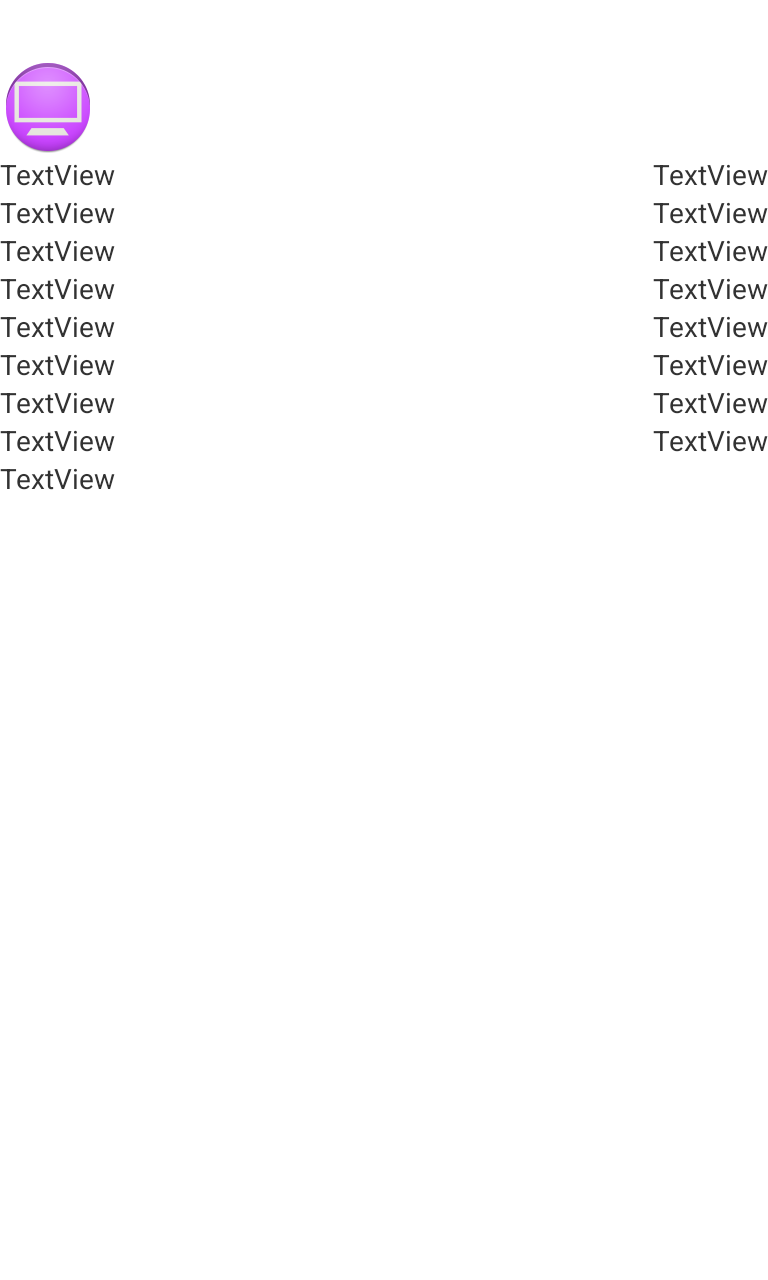
Repository: laurenelder/Java2_Elder
Layout: MovieLookup/res/layout/detail_layout.xml
The author's editor kept a copy of each file at every save. The layout is drawn from the files as they stood at one save, then again after the next save.
It is drawn on a 768 x 1280 px phone screen (xhdpi) without system bars, with theme AppTheme; the app's code is not run.

Above is the layout before, as saved 2014-07-16 18:25:06.

### MovieLookup/res/layout/detail_layout.xml
<?xml version="1.0" encoding="utf-8"?>
<LinearLayout xmlns:android="http://schemas.android.com/apk/res/android"
    android:layout_width="match_parent"
    android:layout_height="match_parent"
    android:orientation="vertical" >

    <TextView
        android:id="@+id/movieTitle"
        android:layout_width="wrap_content"
        android:layout_height="wrap_content"
        android:text=""
        android:textAppearance="?android:attr/textAppearanceLarge" />

    <ImageView
        android:id="@+id/movieImage"
        android:layout_width="wrap_content"
        android:layout_height="wrap_content"
        android:src="@drawable/ic_launcher" />

    <RelativeLayout
        android:layout_width="match_parent"
        android:layout_height="wrap_content" >

        <TextView
            android:id="@+id/textView2"
            android:layout_width="wrap_content"
            android:layout_height="wrap_content"
            android:layout_alignParentLeft="true"
            android:layout_alignParentTop="true"
            android:text="TextView" />

        <TextView
            android:id="@+id/textView3"
            android:layout_width="wrap_content"
            android:layout_height="wrap_content"
            android:layout_alignParentRight="true"
            android:layout_alignParentTop="true"
            android:text="TextView" />

    </RelativeLayout>

    <RelativeLayout
        android:layout_width="match_parent"
        android:layout_height="wrap_content" >

        <TextView
            android:id="@+id/textView4"
            android:layout_width="wrap_content"
            android:layout_height="wrap_content"
            android:layout_alignParentLeft="true"
            android:layout_alignParentTop="true"
            android:text="TextView" />

        <TextView
            android:id="@+id/textView5"
            android:layout_width="wrap_content"
            android:layout_height="wrap_content"
            android:layout_alignParentRight="true"
            android:layout_alignParentTop="true"
            android:text="TextView" />

    </RelativeLayout>

    <RelativeLayout
        android:layout_width="match_parent"
        android:layout_height="wrap_content" >

        <TextView
            android:id="@+id/textView6"
            android:layout_width="wrap_content"
            android:layout_height="wrap_content"
            android:layout_alignParentLeft="true"
            android:layout_alignParentTop="true"
            android:text="TextView" />

        <TextView
            android:id="@+id/textView7"
            android:layout_width="wrap_content"
            android:layout_height="wrap_content"
            android:layout_alignParentRight="true"
            android:layout_alignParentTop="true"
            android:text="TextView" />

    </RelativeLayout>

    <RelativeLayout
        android:layout_width="match_parent"
        android:layout_height="wrap_content" >

        <TextView
            android:id="@+id/textView8"
            android:layout_width="wrap_content"
            android:layout_height="wrap_content"
            android:layout_alignParentLeft="true"
            android:layout_alignParentTop="true"
            android:text="TextView" />

        <TextView
            android:id="@+id/textView9"
            android:layout_width="wrap_content"
            android:layout_height="wrap_content"
            android:layout_alignParentRight="true"
            android:layout_alignParentTop="true"
            android:text="TextView" />

    </RelativeLayout>

    <RelativeLayout
        android:layout_width="match_parent"
        android:layout_height="wrap_content" >

        <TextView
            android:id="@+id/textView10"
            android:layout_width="wrap_content"
            android:layout_height="wrap_content"
            android:layout_alignParentLeft="true"
            android:layout_alignParentTop="true"
            android:text="TextView" />

        <TextView
            android:id="@+id/textView11"
            android:layout_width="wrap_content"
            android:layout_height="wrap_content"
            android:layout_alignParentRight="true"
            android:layout_alignParentTop="true"
            android:text="TextView" />

    </RelativeLayout>

    <RelativeLayout
        android:layout_width="match_parent"
        android:layout_height="wrap_content" >

        <TextView
            android:id="@+id/textView12"
            android:layout_width="wrap_content"
            android:layout_height="wrap_content"
            android:layout_alignParentLeft="true"
            android:layout_alignParentTop="true"
            android:text="TextView" />

        <TextView
            android:id="@+id/textView13"
            android:layout_width="wrap_content"
            android:layout_height="wrap_content"
            android:layout_alignParentRight="true"
            android:layout_alignParentTop="true"
            android:text="TextView" />

    </RelativeLayout>

    <RelativeLayout
        android:layout_width="match_parent"
        android:layout_height="wrap_content" >

        <TextView
            android:id="@+id/textView14"
            android:layout_width="wrap_content"
            android:layout_height="wrap_content"
            android:layout_alignParentLeft="true"
            android:layout_alignParentTop="true"
            android:text="TextView" />

        <TextView
            android:id="@+id/textView15"
            android:layout_width="wrap_content"
            android:layout_height="wrap_content"
            android:layout_alignParentRight="true"
            android:layout_alignParentTop="true"
            android:text="TextView" />

    </RelativeLayout>

    <RelativeLayout
        android:layout_width="match_parent"
        android:layout_height="wrap_content" >

        <TextView
            android:id="@+id/textView16"
            android:layout_width="wrap_content"
            android:layout_height="wrap_content"
            android:layout_alignParentLeft="true"
            android:layout_alignParentTop="true"
            android:text="TextView" />

        <TextView
            android:id="@+id/textView17"
            android:layout_width="wrap_content"
            android:layout_height="wrap_content"
            android:layout_alignParentRight="true"
            android:layout_alignParentTop="true"
            android:text="TextView" />

    </RelativeLayout>

    <TextView
        android:id="@+id/textView18"
        android:layout_width="wrap_content"
        android:layout_height="wrap_content"
        android:text="TextView" />

</LinearLayout>

### MovieLookup/res/values/strings.xml
<?xml version="1.0" encoding="utf-8"?>

<!-- MovieLookup -->
<!-- com.laurenelder.movielookup -->
<!-- Devin "Lauren" Elder -->
<!-- Jul 9, 2014 -->
<!-- Java 2 Term 1407 -->

<resources>

    <string name="app_name">Movie Lookup</string>
    <string name="hello_world">Hello world!</string>
    <string name="action_settings">Settings</string>
    <string name="title_text">Search to find all the information on your favorite movies!</string>
    <string name="button_text">Find!</string>
    <string name="search_hint">Star Trek</string>
    <string name="main_api">http://www.omdbapi.com/?s=Star%20Trek_r=JSON</string>
    <string name="pre_detail_api">http://www.omdbapi.com/?i=</string>
    <string name="post_detail_api">_r=JSON</string>
    <string name="input_notification">Please enter a movie you would like to search for.</string>
    <string name="connection_notification">Connection Error: Please check to make sure you have an internet connection.</string>
    <string name="searching_notification">We are searching for your movie</string>
    <string name="details_notification">We are finding the details for your movie</string>
    <string name="file_name">apiJSONdata.txt</string>
    <string name="detail_file_name">.txt</string>
    <string name="n_a">Not Applicable</string>
    <string name="year_str">Year:</string>
    <string name="rated_str">Rated:</string>
    <string name="released_str">Date Released:</string>
    <string name="runtime_str">Runtime:</string>
    <string name="genre_str">Genre:</string>
    <string name="director_str">Director:</string>
    <string name="actor_str">Actors:</string>
    <string name="awards_str">Awards:</string>
    <string name="score_str">Metacritic Score:</string>

</resources>

Loaded but not shown: MovieLookup/res/values/styles.xml (common file); MovieLookup/res/values-v11/styles.xml (common file); MovieLookup/res/values-v14/styles.xml (common file)

After the next save:
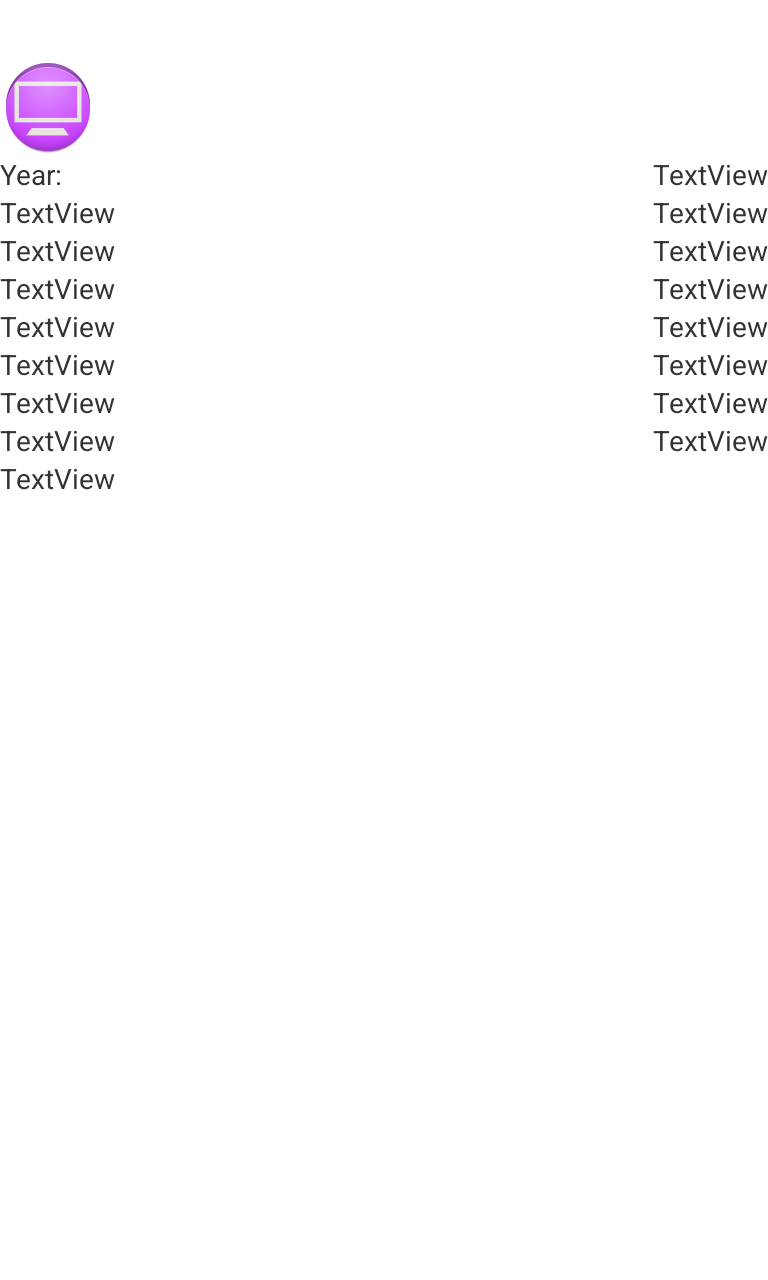
Saved 38 s later.
--- a/MovieLookup/res/layout/detail_layout.xml
+++ b/MovieLookup/res/layout/detail_layout.xml
@@ -22,12 +22,12 @@
         android:layout_height="wrap_content" >
 
         <TextView
-            android:id="@+id/textView2"
-            android:layout_width="wrap_content"
-            android:layout_height="wrap_content"
-            android:layout_alignParentLeft="true"
-            android:layout_alignParentTop="true"
-            android:text="TextView" />
+            android:id="@+id/yearLabel"
+            android:layout_width="wrap_content"
+            android:layout_height="wrap_content"
+            android:layout_alignParentLeft="true"
+            android:layout_alignParentTop="true"
+            android:text="@string/year_str" />
 
         <TextView
             android:id="@+id/textView3"
